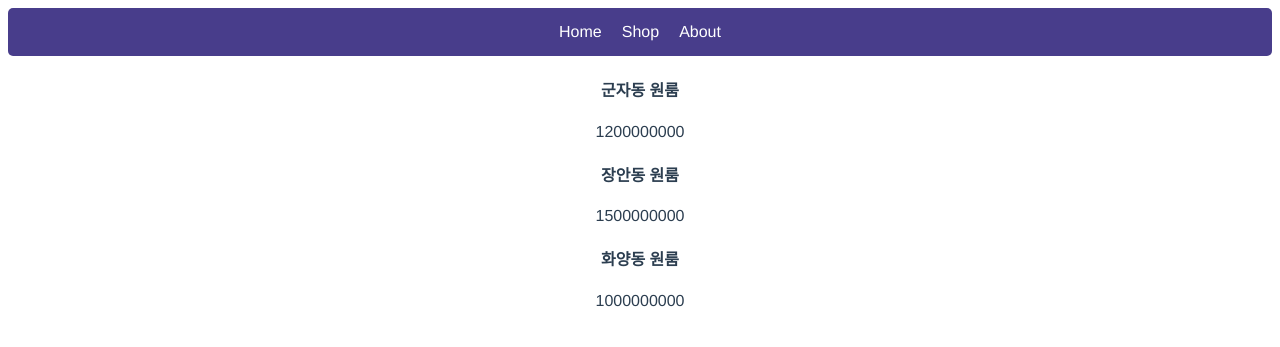
Repository: jy0813/Function
Page: / (app in function/)
These files come from the project's save history. The page is drawn as it stood at one moment and after the next save; the edit follows.
The browser window is 1280 px wide. The pictures show the whole page.
The project was rebuilt for these pictures with package versions that can differ from the ones it lists, and the page was loaded fresh each time.

Above is the page before, as saved 2022-02-23 14:52:11.

### function/src/App.vue
<template>
<div class="menu">
  <a v-for="(item, i) in menu" :key="'item' + i">{{item}}</a>
  </div>
<div v-for="(item, k) in room" :key="'item' + k">
  <h4>{{item.address}}</h4>
  <p>{{item.price}}</p>
</div>
</template>

<script>


export default {
  name: 'App',
  data() {
    return {
      menu:['Home','Shop','About'],
      room:[
        {
          address:'군자동 원룸',
          price:'1200000000',
        },
        {
          address:'장안동 원룸',
          price:'1500000000',
        },
        {
          address:'화양동 원룸',
          price:'1000000000',
        }
      ]
    }
  },
   methods: {
    numSet(val) {
      if (!val) return (val = '');
      return val.toString().replace(/\B(?=(\d{3})+(?!\d))/g, ',');
    },
   }
}
</script>

<style>
#app {
  font-family: Avenir, Helvetica, Arial, sans-serif;
  -webkit-font-smoothing: antialiased;
  -moz-osx-font-smoothing: grayscale;
  text-align: center;
  color: #2c3e50;
}

.menu {
  background: darkslateblue;
  padding: 15px;
  border-radius: 5px;
}

.menu a {
  color:white;
  padding:10px;
}


</style>

Loaded but not shown: function/public/index.html (common file); function/src/main.js (common file)

After the next save:
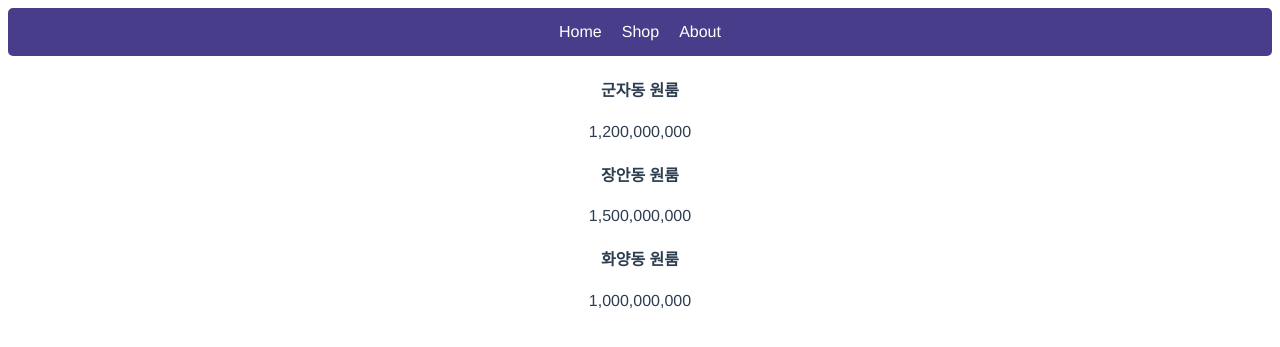
Saved 45 s later.
--- a/function/src/App.vue
+++ b/function/src/App.vue
@@ -4,7 +4,7 @@
   </div>
 <div v-for="(item, k) in room" :key="'item' + k">
   <h4>{{item.address}}</h4>
-  <p>{{item.price}}</p>
+  <p>{{numSet(item.price)}}</p>
 </div>
 </template>
 
